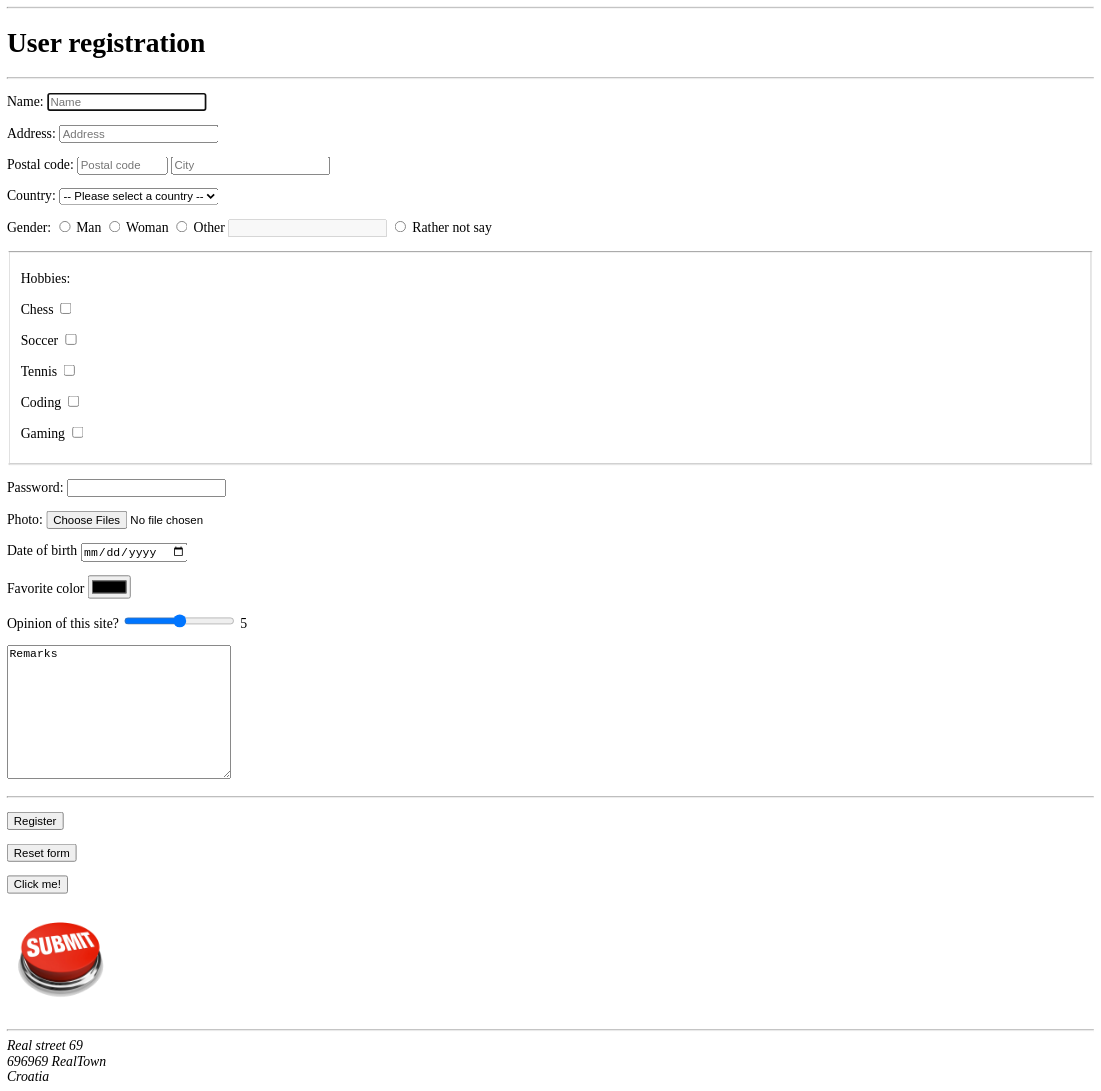
Repository: Filip-Husic/AW_frontend
Page: ex3Forms.html
The author's editor kept a copy of each file at every save. The page is drawn from the files as they stood at one save, then again after a run of saves.
The browser window is 1280 px wide. The pictures show the whole page, at 86% of full size.

Above is the page before, as saved 2022-11-23 14:51:58.

### ex3Forms.html
<!DOCTYPE html>
<html lang="en">

<head>
    <meta charset="UTF-8">
    <meta http-equiv="X-UA-Compatible" content="IE=edge">
    <meta name="viewport" content="width=device-width, initial-scale=1.0">
    <title>HTML - Forms</title>
</head>

<body>
    <hr>
    <h1>User registration</h1>
    <hr>
    <form id="formRegister" action="process.php" enctype="multipart/form-data">
        <p>
            <label for="name">Name:</label>
            <input type="text" id="name" name="name" maxlength="80" placeholder="Name" required autofocus pattern="[A-Za-z ]{3,}">
        </p>
        <p>
            <label for="address">Address:</label>
            <input type="text" id="address" name="address" maxlength="80" placeholder="Address" required>
        </p>
        <p>
            <label for="pc">Postal code:</label>
            <input type="text" id="pc" name="pc" size="10" maxlength="10" placeholder="Postal code" required>
            <input type="text" id="pc_city" name="pc_city" size="20" maxlength="20" placeholder="City" required>
        </p>
        <p>
            <label for="country">Country:</label>
            <select name="country" id="country" required>
                <option value="">-- Please select a country --</option>
                <option value="hr">Croatia</option>
                <option value="pt">Portugal</option>
                <option value="sk">Slovakia</option>
                <option value="it">Italy</option>
            </select>
        </p>
        <p>
            Gender:
            <input type="radio" name="gender" id="man" value="M">
            <label for="man">Man</label>
            <input type="radio" name="gender" id="woman" value="F">
            <label for="woman">Woman</label>
            <input type="radio" name="gender" id="other" value="O">
            <label for="other">Other</label>
            <input type="text" name="gender" id="othergender" disabled>
            <input type="radio" name="gender" id="none" value="N">
            <label for="none">Rather not say</label>
        </p>
        <fieldset>
            <p>Hobbies:
            <p>
                <label for="chess">Chess</label>
                <input type="checkbox" name="hobbies" id="chess" value="chess">
            </p>
            <p>
                <label for="soccer">Soccer</label>
                <input type="checkbox" name="hobbies" id="soccer" value="soccer">
            </p>
            <p>
                <label for="tennis">Tennis</label>
                <input type="checkbox" name="hobbies" id="tennis" value="tennis">
            </p>
            <p>
                <label for="coding">Coding</label>
                <input type="checkbox" name="hobbies" id="coding" value="coding">
            </p>
            <p>
                <label for="gaming">Gaming</label>
                <input type="checkbox" name="hobbies" id="gaming" value="gaming">
            </p>
            </p>
        </fieldset>
        <p>
            <label for="password">Password:</label>
            <input type="password" id="password" name="password">
        </p>
        <p>
            <label for="photo">Photo:</label>
            <input type="file" name="photo" id="photo" multiple accept="image/png, image/jpeg">
        </p>
        <p>
            <label for="date_birth">Date of birth</label>
            <input type="date" name="date_birth" id="date_birth">
        </p>
        <p>
            <label for="color">Favorite color</label>
            <input type="color" name="color" id="color">
        </p>
        <p>
            <label for="opinion">Opinion of this site?</label>
            <input type="range" name="opinion" id="opinion" min="0" max="10" step="1" value="5" onchange="opinionValue.value=this.value">
            <output id="opinionValue">5</output>
        </p>
        <p>
            <textarea name="remarks" id="remarks" cols="30" rows="10">Remarks</textarea>
        </p>
        <hr>
        <p>
            <button type="submit" id="btSubmit" name="btSubmit">Register</button>
        </p>
        <p>
            <input type="reset" id="btReset" name="btReset" value="Reset form"></input>
        </p>
        <p>
            <input type="button" id="btButton" name="btButton" value="Click me!"></input>
        </p>
        <p>
            <input type="image" src="img/submit.png" id="btImage" name="btImage" width="10%">
        </p>
        <hr>
    </form>
    <address>
        Real street 69 <br>
        696969 RealTown <br>
        Croatia <br>
    </address>
    <script>

        document.getElementById("other").onclick = function () {

            document.getElementById("othergender").disabled = false;

            document.getElementById("othergender").focus;

        }

        document.getElementById("man").onclick = function () {

            document.getElementById("othergender").disabled = true;

            document.getElementById("othergender").value = "";

        }

        document.getElementById("woman").onclick = function () {

            document.getElementById("othergender").disabled = true;

            document.getElementById("othergender").value = "";

        }

        document.getElementById("none").onclick = function () {

            document.getElementById("othergender").disabled = true;

            document.getElementById("othergender").value = "";

        }
        document.getElementById("btButton").onclick = function () {

            document.getElementById("formRegister").submit();
        }
    </script>
</body>

</html>

After the next 4 saves:
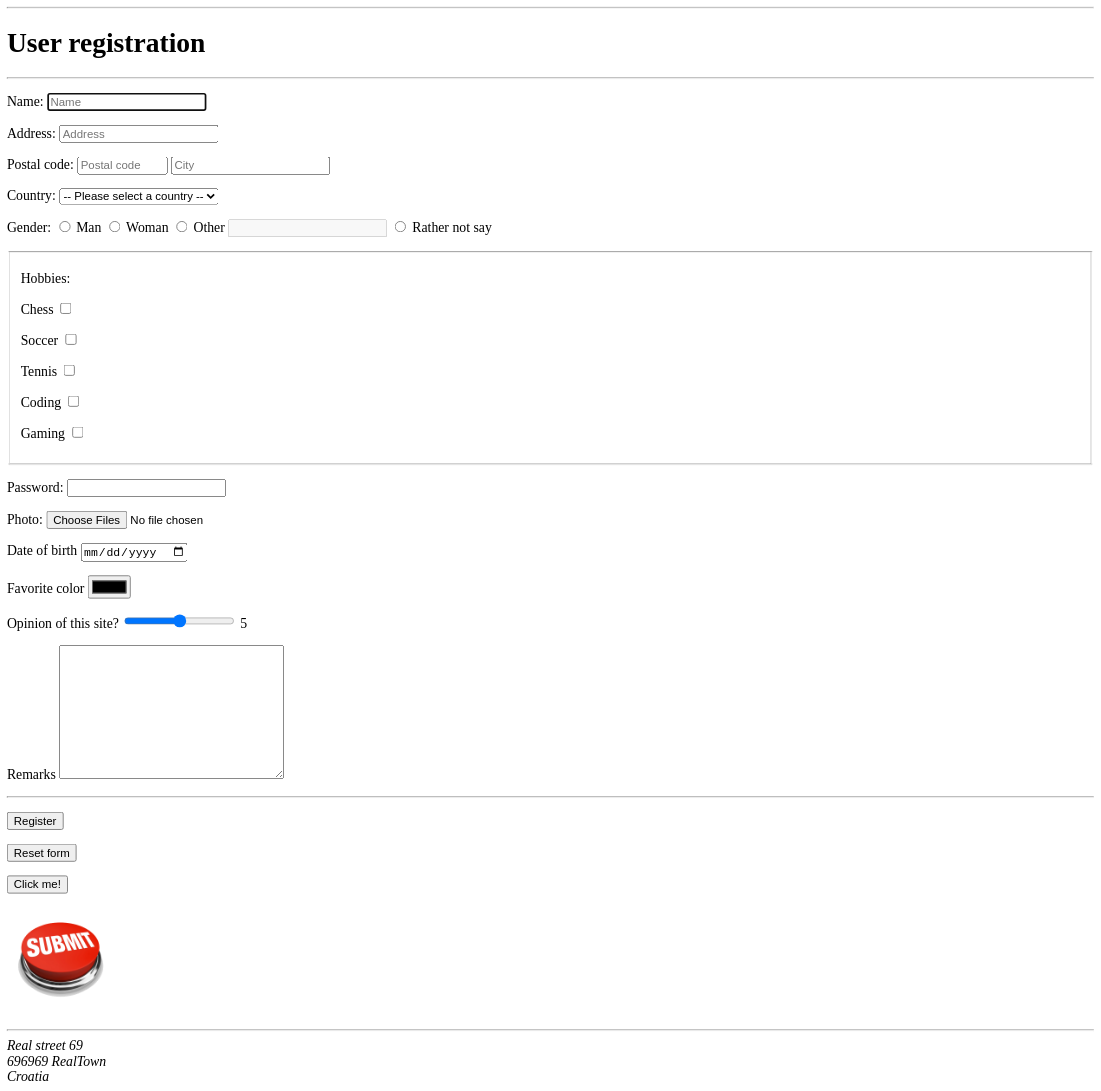
The 4 saves are shown as one change because they came seconds apart.
The last was saved 57 s later.
--- a/ex3Forms.html
+++ b/ex3Forms.html
@@ -94,7 +94,8 @@
             <output id="opinionValue">5</output>
         </p>
         <p>
-            <textarea name="remarks" id="remarks" cols="30" rows="10">Remarks</textarea>
+            <label for="remarks">Remarks</label>
+            <textarea name="remarks" id="remarks" cols="30" rows="10"></textarea>
         </p>
         <hr>
         <p>
